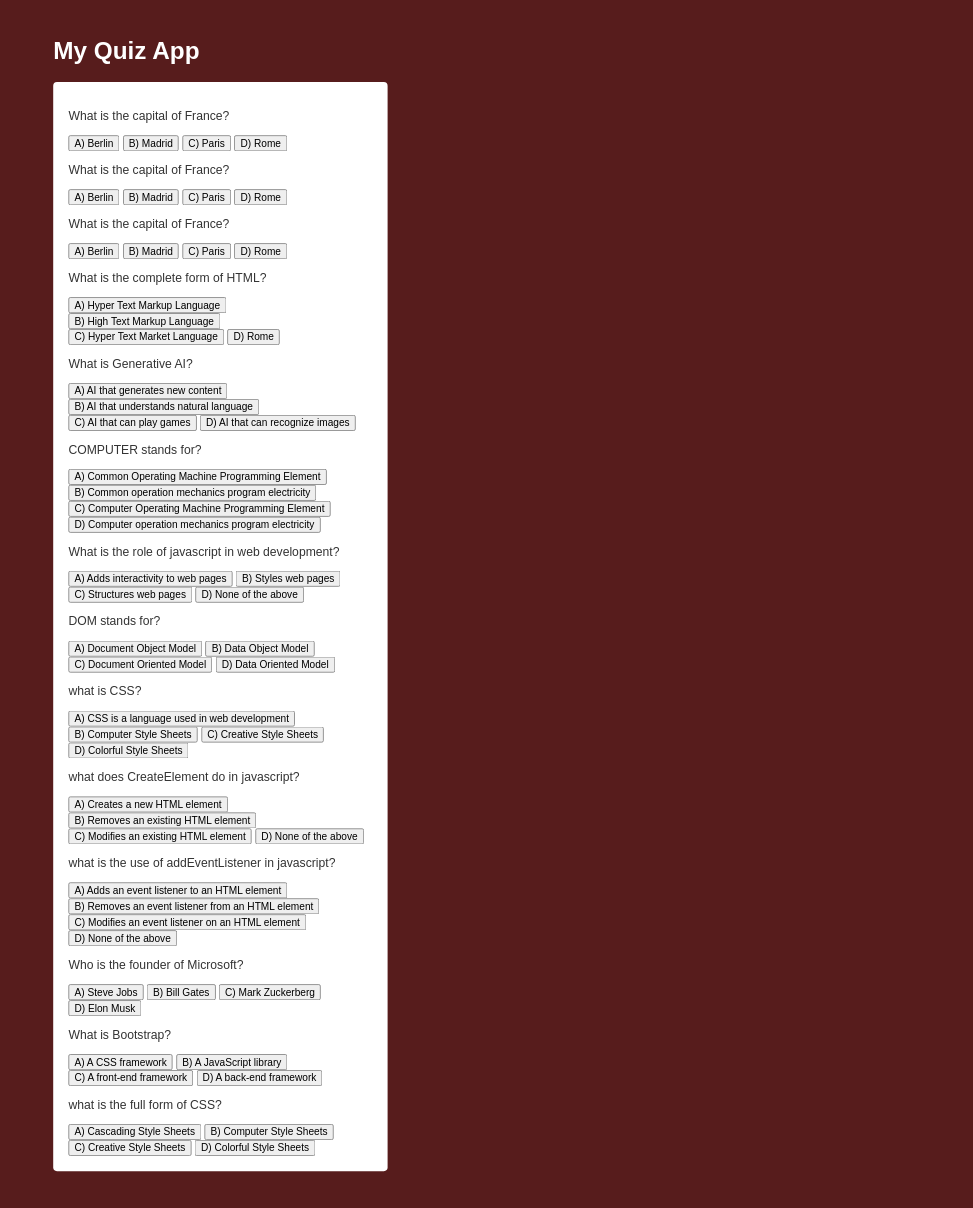
Repository: fatimaqueen9967-eng/SyntacexhubQuizApp
Page: index.html
The author's editor kept a copy of each file at every save. The page is drawn from the files as they stood at one save, then again after a run of saves.
The browser window is 1280 px wide. The pictures show the whole page, at 76% of full size.

Above is the page before, as saved 2026-03-15 06:21:46.

After the next 3 saves:
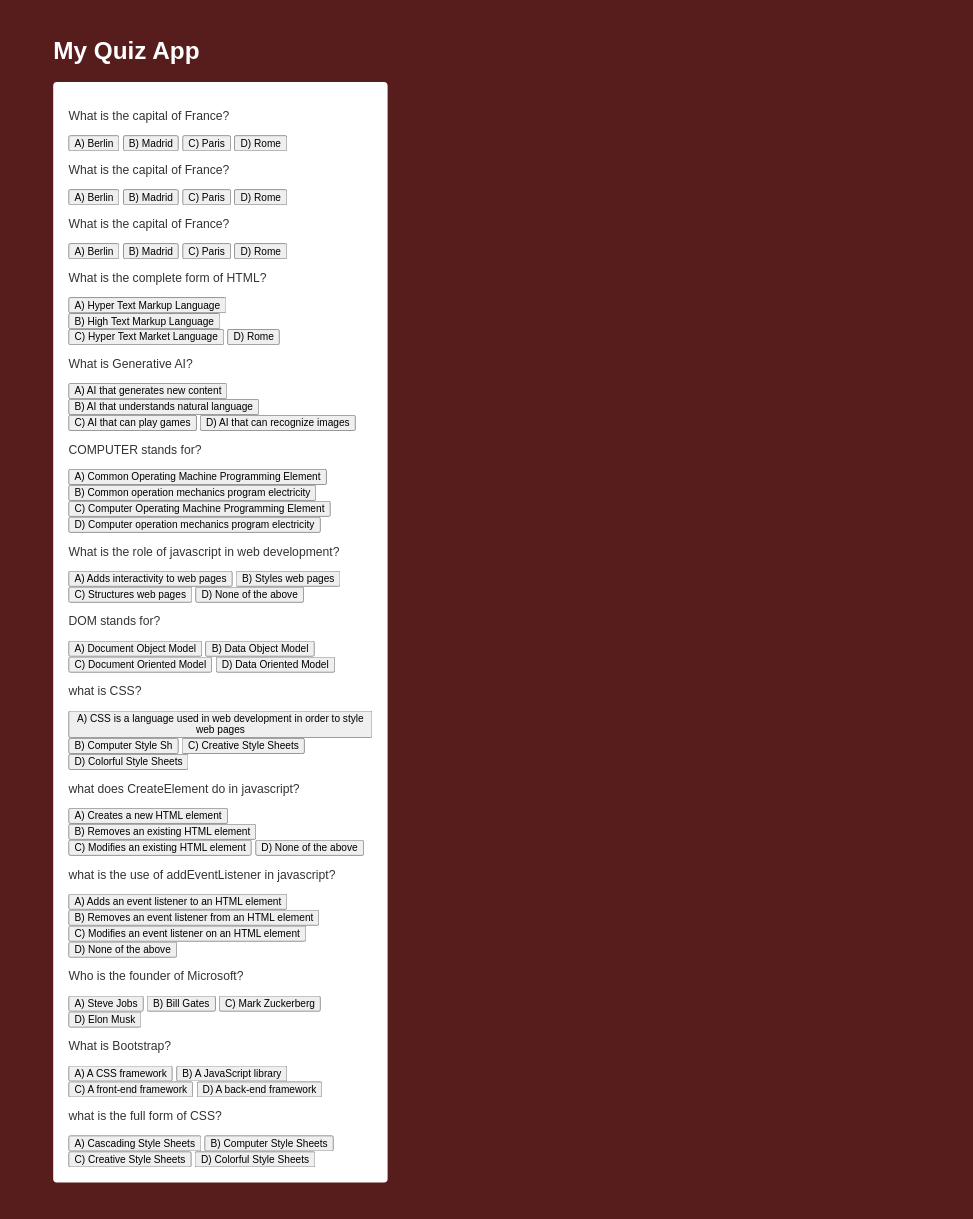
The 3 saves are shown as one change because they came seconds apart.
The last was saved 20 s later.
--- a/index.html
+++ b/index.html
@@ -85,8 +85,8 @@
         <p>what is CSS?</p>
     </div>
     <div class="options">
-        <button>A) CSS is a language used in web development </button>
-        <button>B) Computer Style Sheets</button>
+        <button>A) CSS is a language used in web development in order to style web pages</button>
+        <button>B) Computer Style Sh</button>
         <button>C) Creative Style Sheets</button>
         <button>D) Colorful Style Sheets</button>
     </div>
